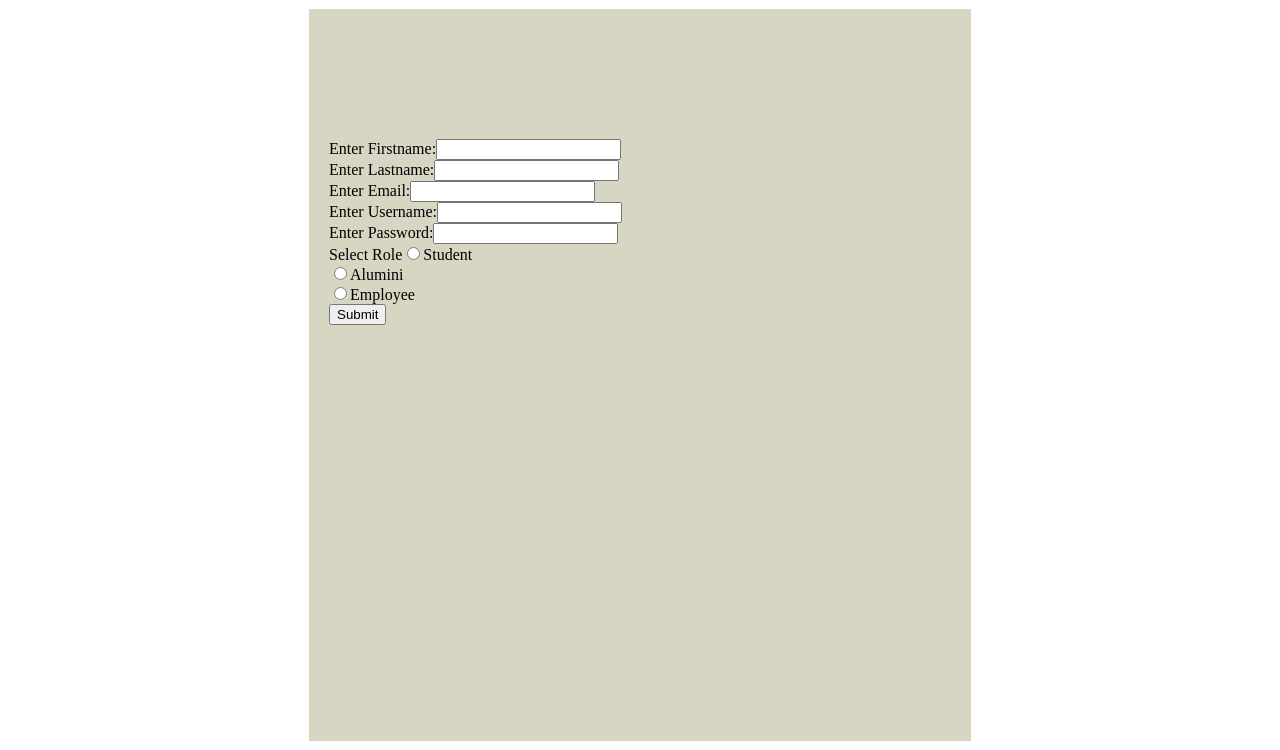
Repository: NeeleshPoojari/Project-2
Page: frontend_project2/WebContent/views/registrationform.html
An editor plug-in stored every save of this project. The page is shown before and after the next save, followed by the edit.
The browser window is 1280 px wide. The pictures show the whole page.

Above is the page before, as saved 2017-07-17 06:22:33.

### frontend_project2/WebContent/views/registrationform.html
<style>
.middle {
    border: 1px solid white;
    background-color: #d6d6c2;
    padding-top: 50px;
    padding-right: 50px;
    padding-bottom: 400px;
    padding-left: 20px;
    margin-left:300px;
    margin-right:300px;

}
</style>

<div class="middle">
<form style="margin-top: 80px;">
Enter Firstname:<input type="text" ng-model="user.firstname"><br>
Enter Lastname:<input type="text" ng-model="user.lastname"><br>
Enter Email:<input type="text" ng-model="user.email"><br>
Enter Username:<input type="text" ng-model="user.username"><br>
Enter Password:<input type="password" ng-model="user.password"><br>

Select Role<input type="radio" ng-model="user.role" value="Student">Student<br>
<input type="radio" ng-model="user.role" value="Alumini">Alumini<br>
<input type="radio" ng-model="user.role" value="Employee">Employee<br>

<input type="submit" ng-click="register()"><br>

</form>
</div>

After the next save:
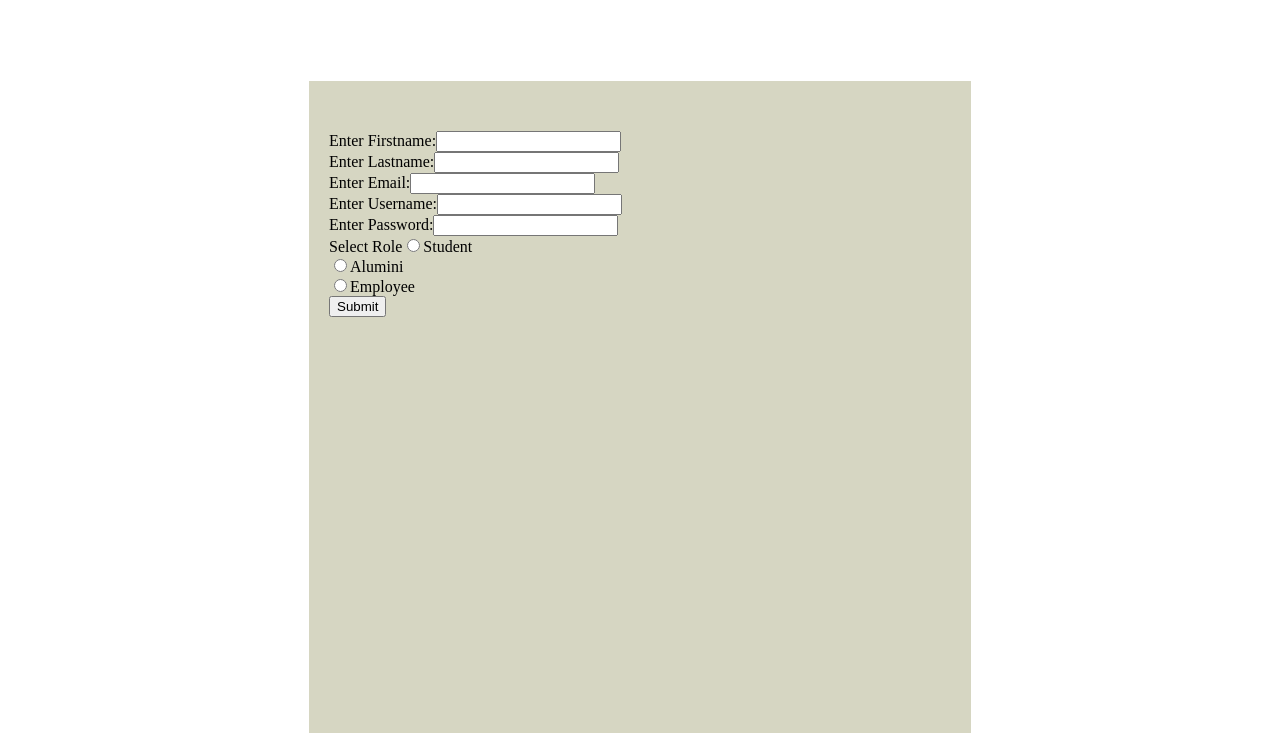
Saved 26 min 29 s later.
--- a/frontend_project2/WebContent/views/registrationform.html
+++ b/frontend_project2/WebContent/views/registrationform.html
@@ -1,7 +1,7 @@
 <style>
 .middle {
     border: 1px solid white;
-    background-color: #d6d6c2;
+    background-color:#d6d6c2;
     padding-top: 50px;
     padding-right: 50px;
     padding-bottom: 400px;
@@ -12,8 +12,9 @@
 }
 </style>
 
-<div class="middle">
-<form style="margin-top: 80px;">
+<div class="middle" style="margin-top: 80px;">
+
+<form >
 Enter Firstname:<input type="text" ng-model="user.firstname"><br>
 Enter Lastname:<input type="text" ng-model="user.lastname"><br>
 Enter Email:<input type="text" ng-model="user.email"><br>
